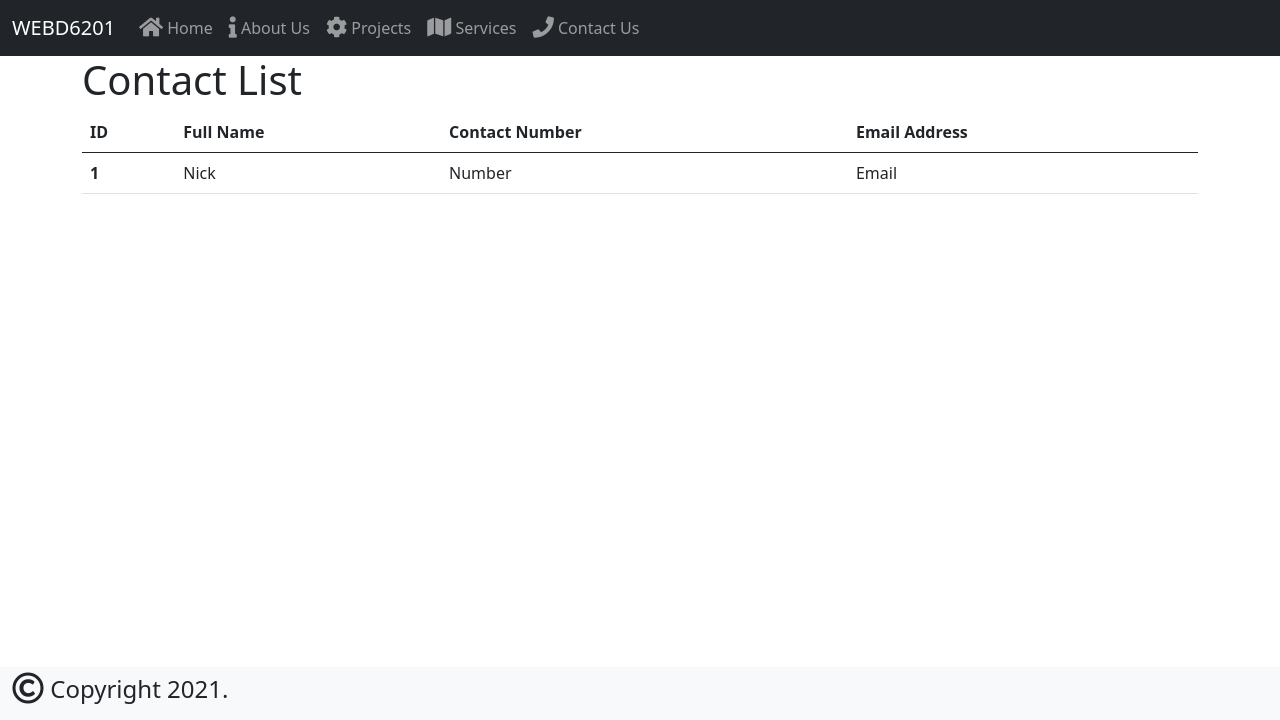
Repository: GarlicButterBoy/WEBD6201-ICE03
Page: contact-list.html
An editor plug-in stored every save of this project. The page is shown before and after the next save, followed by the edit.
The browser window is 1280 px wide. The pictures show the whole page.

Above is the page before, as saved 2021-01-28 09:47:40.

After the next save:
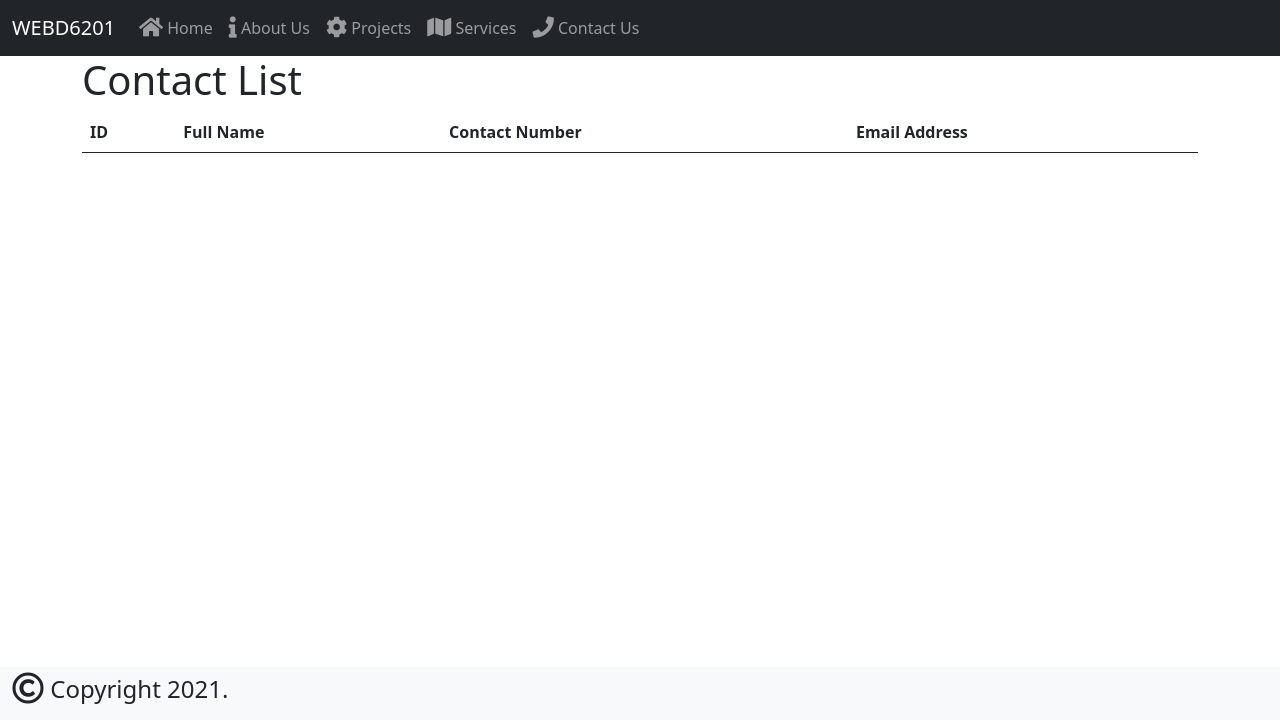
Saved 39 s later.
--- a/Scripts/app.js
+++ b/Scripts/app.js
@@ -142,13 +142,6 @@ let myContact =
         }
       }
 
-      contactList.innerHTML =
-      `<tr>
-      <th scope="row">1</th>
-      <td>Nick</td>
-      <td>Number</td>
-      <td>Email</td>
-      </tr>`;
 
     }
 
